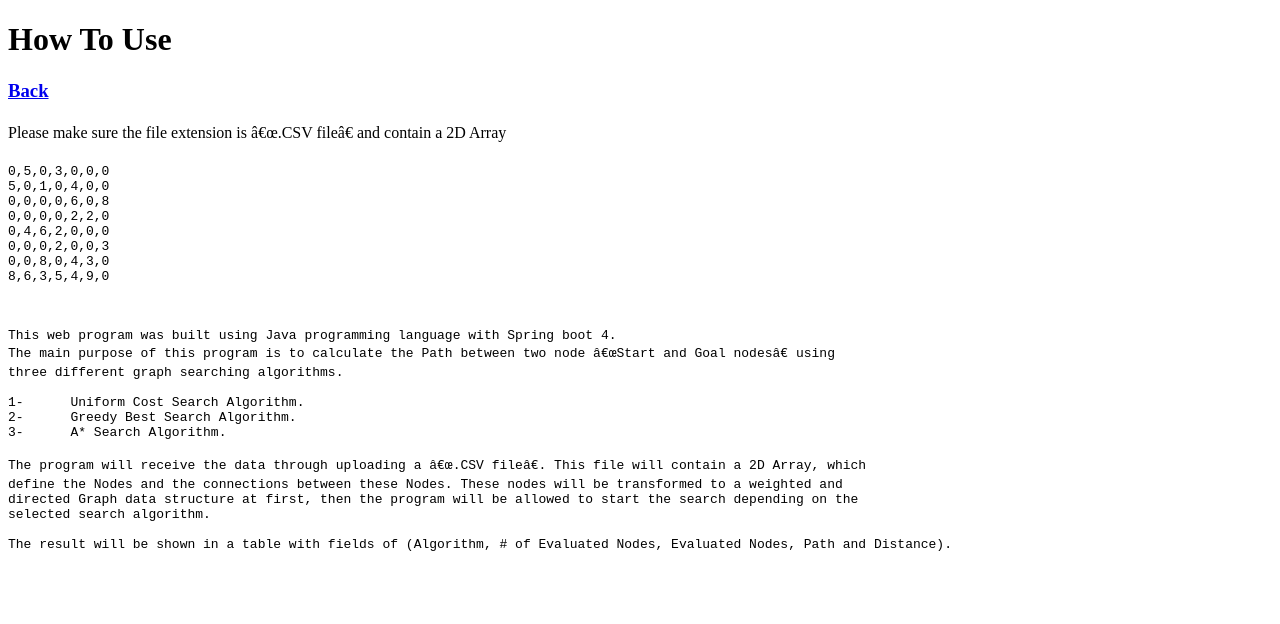
Repository: Anbousi/ITG-Task
Page: http://localhost/graphsearch/use.jsp
An editor plug-in stored every save of this project. The page is shown before and after the next save, followed by the edit.
The browser window is 1280 px wide. The pictures show the whole page.
The page is served by Tomcat 9.

Above is the page before, as saved 2021-12-31 12:21:23.

After the next save:
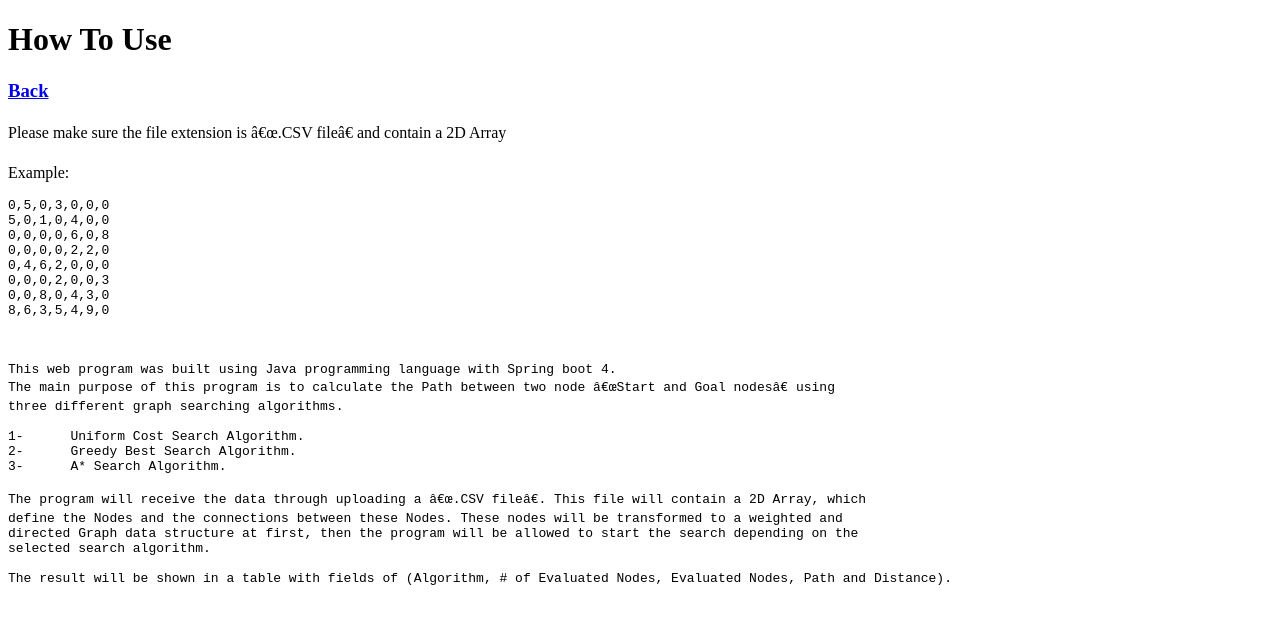
Saved 16 s later.
--- a/ITG/graphsearch/src/main/webapp/use.jsp
+++ b/ITG/graphsearch/src/main/webapp/use.jsp
@@ -11,6 +11,7 @@
 <h1>How To Use</h1>
 <h3><a href="/">Back</a></h3>
 <p>Please make sure the file extension is “.CSV file” and contain a 2D Array</p>
+<p>Example:</p>
 <pre>
 0,5,0,3,0,0,0
 5,0,1,0,4,0,0
